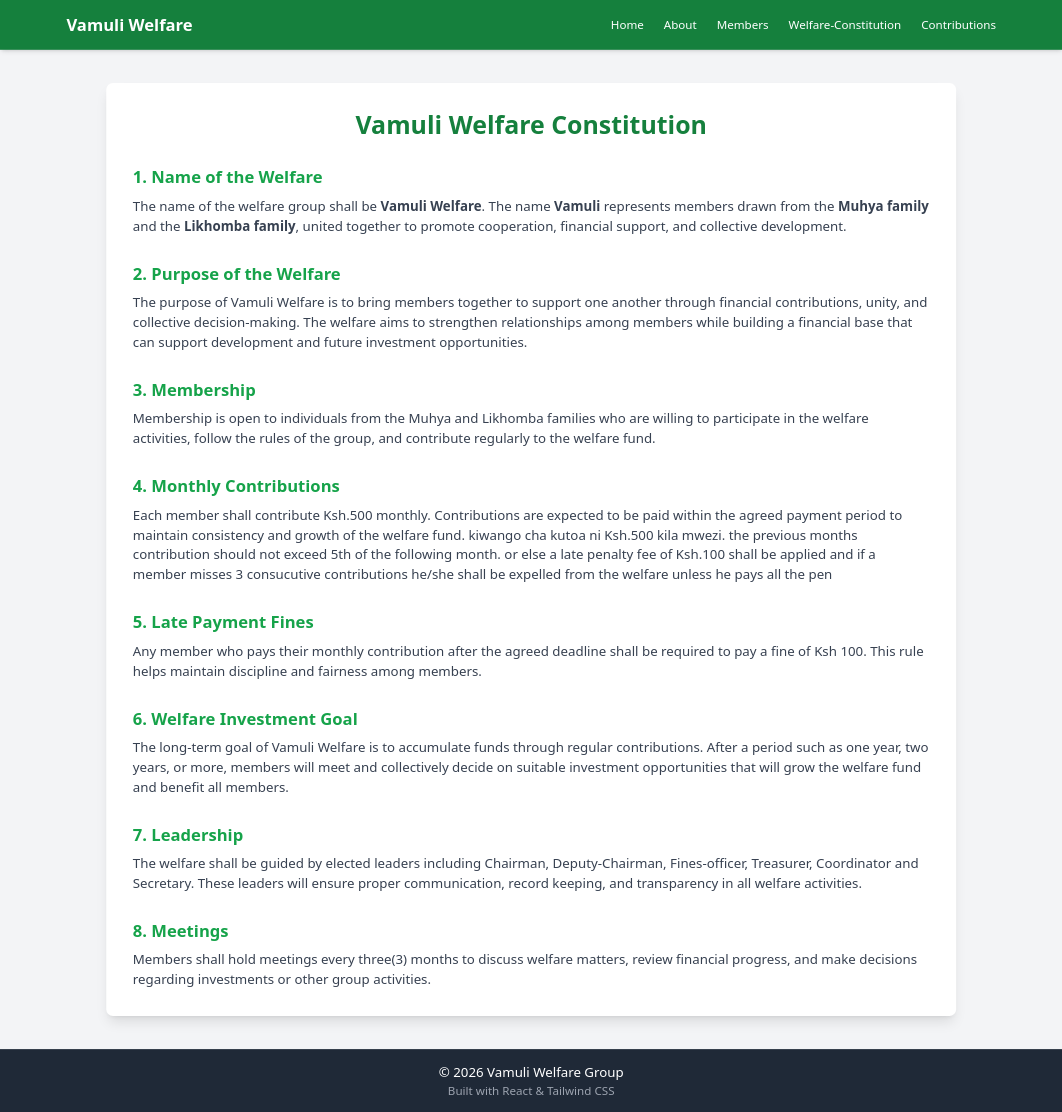
Repository: Engineer-collo/Vamuli-welfare
Page: /constitution
These files come from the project's save history. The page is drawn as it stood at one moment and after the next save; the edit follows.
The browser window is 1280 px wide. The pictures show the whole page, at 83% of full size.
The project was rebuilt for these pictures with package versions that can differ from the ones it lists, and the page was loaded fresh each time. Also part of the build but not shown: vite.config.js, src/pages/contributionsData.js, src/pages/Home.jsx, src/pages/Members.jsx, src/pages/ContributionsTable.jsx, src/pages/About.jsx.

Above is the page before, as saved 2026-03-16 15:31:21.

### index.html
<!doctype html>
<html lang="en">
  <head>
    <meta charset="UTF-8" />
    <link rel="icon" type="image/svg+xml" href="/favicon.svg" />
    <meta name="viewport" content="width=device-width, initial-scale=1.0" />
    <title>vamuli-welfare</title>
  </head>
  <body>
    <div id="root"></div>
    <script type="module" src="/src/main.jsx"></script>
  </body>
</html>

### src/App.jsx
import { BrowserRouter as Router, Routes, Route } from "react-router-dom";

import Navbar from "./components/Navbar";
import Footer from "./components/Footer";

import Home from "./pages/Home";
import Members from "./pages/Members";
import ContributionsTable from "./pages/ContributionsTable";
import WelfareConstituion from "./pages/WelfareConstituion";
import About from "./pages/About";

function App() {
  return (
    <Router>
      <div className="bg-gray-100 min-h-screen">

        <Navbar />

        <Routes>
          <Route path="/" element={<Home />} />
          <Route path="/members" element={<Members />} />
          <Route path="/contributions" element={<ContributionsTable />} />
          <Route path="/about" element={<About />} />
          <Route path="/constitution" element={<WelfareConstituion/>} />

        </Routes>

        <Footer />

      </div>
    </Router>
  );
}

export default App;

### src/components/Navbar.jsx
import { Link } from "react-router-dom";

function Navbar() {
  return (
    <nav className="bg-green-700 text-white shadow-md">
      <div className="max-w-6xl mx-auto flex justify-between items-center p-4">

        <h1 className="text-xl font-bold">
          <Link to="/">Vamuli Welfare</Link>
        </h1>

        <ul className="flex gap-6 text-sm">
          <li>
            <Link to="/" className="hover:text-gray-200">Home</Link>
          </li>

          <li>
            <Link to="/about" className="hover:text-gray-200">About</Link>
          </li>

          <li>
            <Link to="/members" className="hover:text-gray-200">Members</Link>
          </li>

          <li>
            <Link to="/constitution" className="hover:text-gray-200">Welfare-Constitution</Link>
          </li>


          <li>
            <Link to="/contributions" className="hover:text-gray-200">Contributions</Link>
          </li>



        </ul>

      </div>
    </nav>
  );
}

export default Navbar;

### src/components/Footer.jsx
import React from "react";

function Footer() {
  return (
    <footer className="bg-gray-800 text-white mt-10">
      <div className="max-w-6xl mx-auto text-center p-4">
        <p>© 2026 Vamuli Welfare Group</p>
        <p className="text-sm text-gray-400">
          Built with React & Tailwind CSS
        </p>
      </div>
    </footer>
  );
}

export default Footer;

### src/pages/WelfareConstituion.jsx
import React from "react";

function Constitution() {
  return (
    <div className="max-w-5xl mx-auto mt-10 bg-white shadow-lg rounded-lg p-8">

      <h1 className="text-3xl font-bold text-center text-green-700 mb-8">
        Vamuli Welfare Constitution
      </h1>

      {/* Introduction */}

      <section className="mb-8">
        <h2 className="text-xl font-semibold text-green-600 mb-2">
          1. Name of the Welfare
        </h2>

        <p className="text-gray-700">
          The name of the welfare group shall be <strong>Vamuli Welfare</strong>.
          The name <strong>Vamuli</strong> represents members drawn from the
          <strong> Muhya family </strong> and the <strong>Likhomba family</strong>,
          united together to promote cooperation, financial support, and
          collective development.
        </p>
      </section>

      {/* Purpose */}

      <section className="mb-8">
        <h2 className="text-xl font-semibold text-green-600 mb-2">
          2. Purpose of the Welfare
        </h2>

        <p className="text-gray-700">
          The purpose of Vamuli Welfare is to bring members together to support
          one another through financial contributions, unity, and collective
          decision-making. The welfare aims to strengthen relationships among
          members while building a financial base that can support development
          and future investment opportunities.
        </p>
      </section>

      {/* Membership */}

      <section className="mb-8">
        <h2 className="text-xl font-semibold text-green-600 mb-2">
          3. Membership
        </h2>

        <p className="text-gray-700">
          Membership is open to individuals from the Muhya and Likhomba
          families who are willing to participate in the welfare activities,
          follow the rules of the group, and contribute regularly to the
          welfare fund.
        </p>
      </section>

      {/* Contributions */}

      <section className="mb-8">
        <h2 className="text-xl font-semibold text-green-600 mb-2">
          4. Monthly Contributions
        </h2>

        <p className="text-gray-700">
          Each member shall contribute Ksh.500 monthly.
          Contributions are expected to be paid within the agreed payment
          period to maintain consistency and growth of the welfare fund.

          kiwango cha kutoa ni Ksh.500 kila mwezi. the previous months contribution should not exceed 5th of the following month. or else a late penalty fee
           of Ksh.100 shall be applied and if a member misses 3 consucutive contributions he/she shall be expelled from the welfare unless he pays all the pen
        </p>
      </section>

      {/* Fines */}

      <section className="mb-8">
        <h2 className="text-xl font-semibold text-green-600 mb-2">
          5. Late Payment Fines
        </h2>

        <p className="text-gray-700">
          Any member who pays their monthly contribution after the agreed
          deadline shall be required to pay a fine of Ksh 100. This rule helps
          maintain discipline and fairness among members.
        </p>
      </section>

      {/* Investment */}

      <section className="mb-8">
        <h2 className="text-xl font-semibold text-green-600 mb-2">
          6. Welfare Investment Goal
        </h2>

        <p className="text-gray-700">
          The long-term goal of Vamuli Welfare is to accumulate funds through
          regular contributions. After a period such as one year, two years, or
          more, members will meet and collectively decide on suitable
          investment opportunities that will grow the welfare fund and benefit
          all members.
        </p>
      </section>

      {/* Leadership */}

      <section className="mb-8">
        <h2 className="text-xl font-semibold text-green-600 mb-2">
          7. Leadership
        </h2>

        <p className="text-gray-700">
          The welfare shall be guided by elected leaders including Chairman, Deputy-Chairman, Fines-officer, Treasurer,
          Coordinator and  Secretary. These leaders will ensure proper
          communication, record keeping, and transparency in all welfare
          activities.
        </p>
      </section>

      {/* Meetings */}

      <section>
        <h2 className="text-xl font-semibold text-green-600 mb-2">
          8. Meetings
        </h2>

        <p className="text-gray-700">
          Members shall hold meetings every three(3) months to discuss welfare
          matters, review financial progress, and make decisions regarding
          investments or other group activities.
        </p>
      </section>

    </div>
  );
}

export default Constitution;

### tailwind.config.js
/** @type {import('tailwindcss').Config} */
module.exports = {
  content: [
    "./index.html",
    "./src/**/*.{js,jsx}"
  ],
  theme: {
    extend: {},
  },
  plugins: [],
};

Loaded but not shown: src/main.jsx (common file); src/index.css (common file)

After the next save:
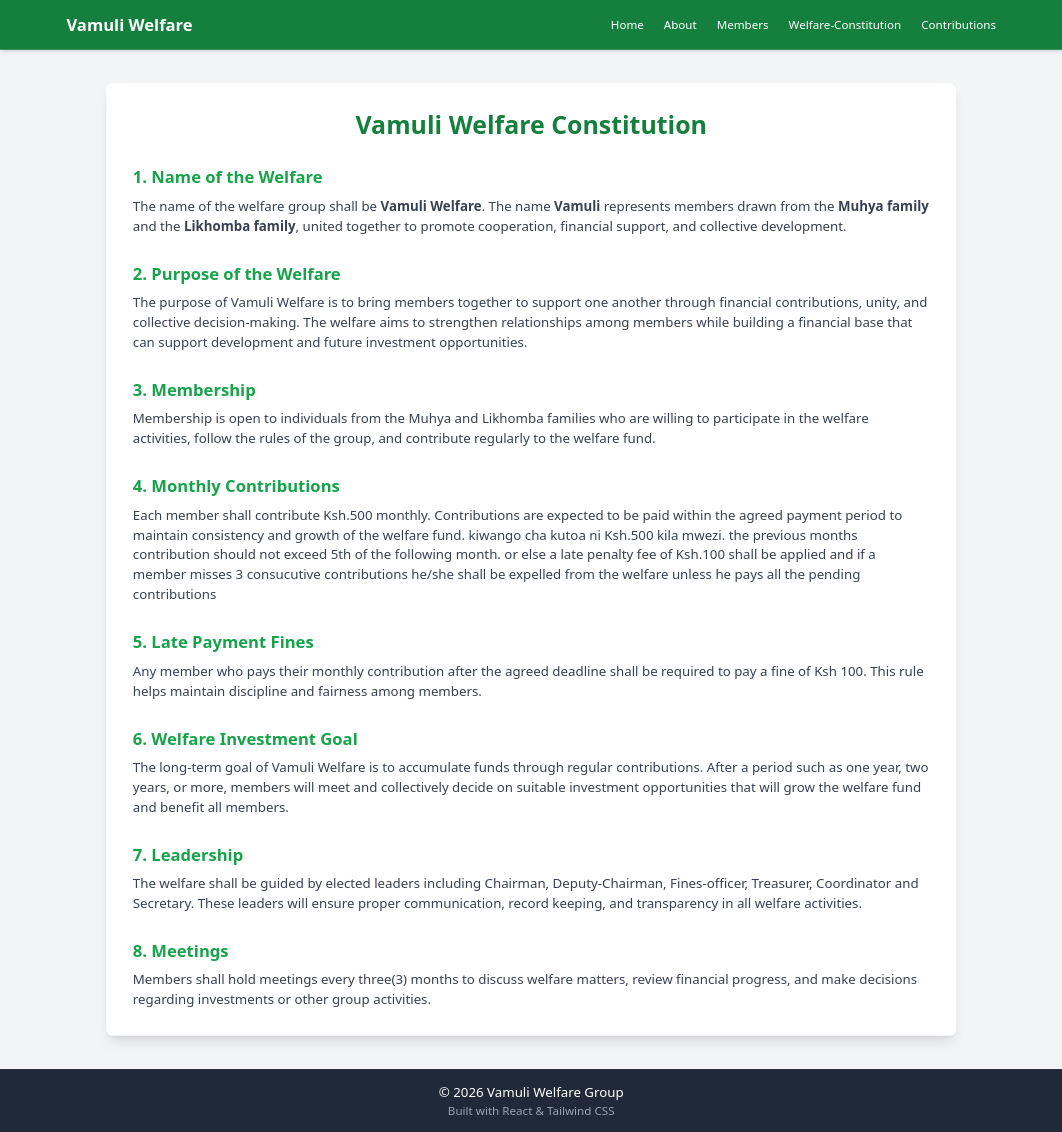
Saved 9 s later.
--- a/src/pages/WelfareConstituion.jsx
+++ b/src/pages/WelfareConstituion.jsx
@@ -68,7 +68,7 @@
           period to maintain consistency and growth of the welfare fund.
 
           kiwango cha kutoa ni Ksh.500 kila mwezi. the previous months contribution should not exceed 5th of the following month. or else a late penalty fee
-           of Ksh.100 shall be applied and if a member misses 3 consucutive contributions he/she shall be expelled from the welfare unless he pays all the pen
+           of Ksh.100 shall be applied and if a member misses 3 consucutive contributions he/she shall be expelled from the welfare unless he pays all the pending contributions
         </p>
       </section>
 
